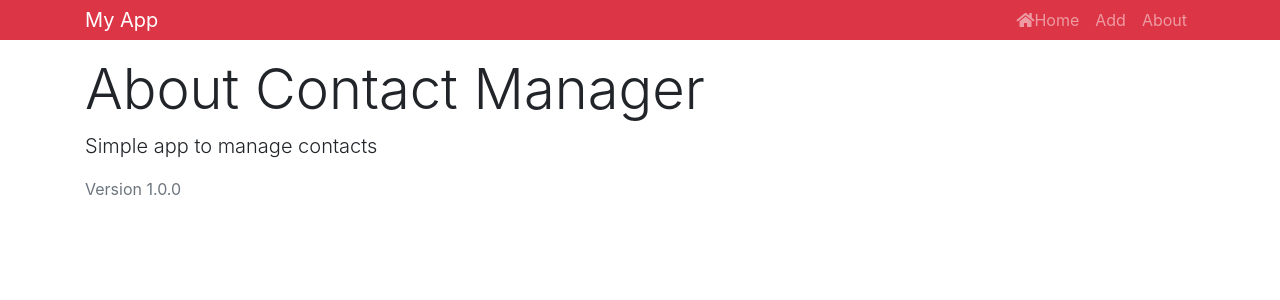
Repository: Mtbwka/contactmanager
Page: /about
The author's editor kept a copy of each file at every save. The page is drawn from the files as they stood at one save, then again after the next save.
The browser window is 1280 px wide. The pictures show the whole page.
Some web libraries are served in a nearby version. The project was rebuilt for these pictures with package versions that can differ from the ones it lists, and the page was loaded fresh each time. Also part of the build but not shown: src/components/contacts/Contact.js, src/components/contacts/Contacts.js, src/components/layout/TextInputGroup.js, src/components/contacts/AddContact.js.

Above is the page before, as saved 2019-05-08 21:51:33.

After the next save:
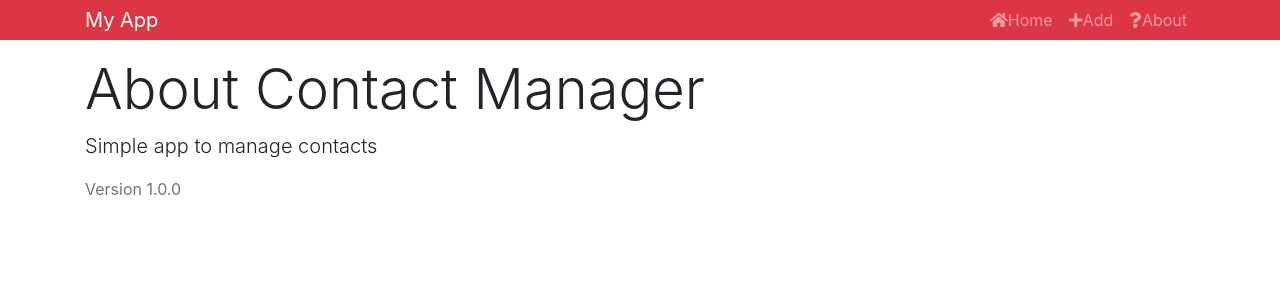
Saved 19 s later.
--- a/src/components/layout/Header.js
+++ b/src/components/layout/Header.js
@@ -18,16 +18,19 @@ const Header = props => {
           <ul className='navbar-nav mr-auto'>
             <li className='nav-item'>
               <Link to='/' className='nav-link'>
-                <i className='fas fa-home' />Home
+                <i className='fas fa-home' />
+                Home
               </Link>
             </li>
             <li className='nav-item'>
               <Link to='/contact/add' className='nav-link'>
+                <i className='fas fa-plus' />
                 Add
               </Link>
             </li>
             <li className='nav-item'>
               <Link to='/about' className='nav-link'>
+                <i className='fas fa-question' />
                 About
               </Link>
             </li>
